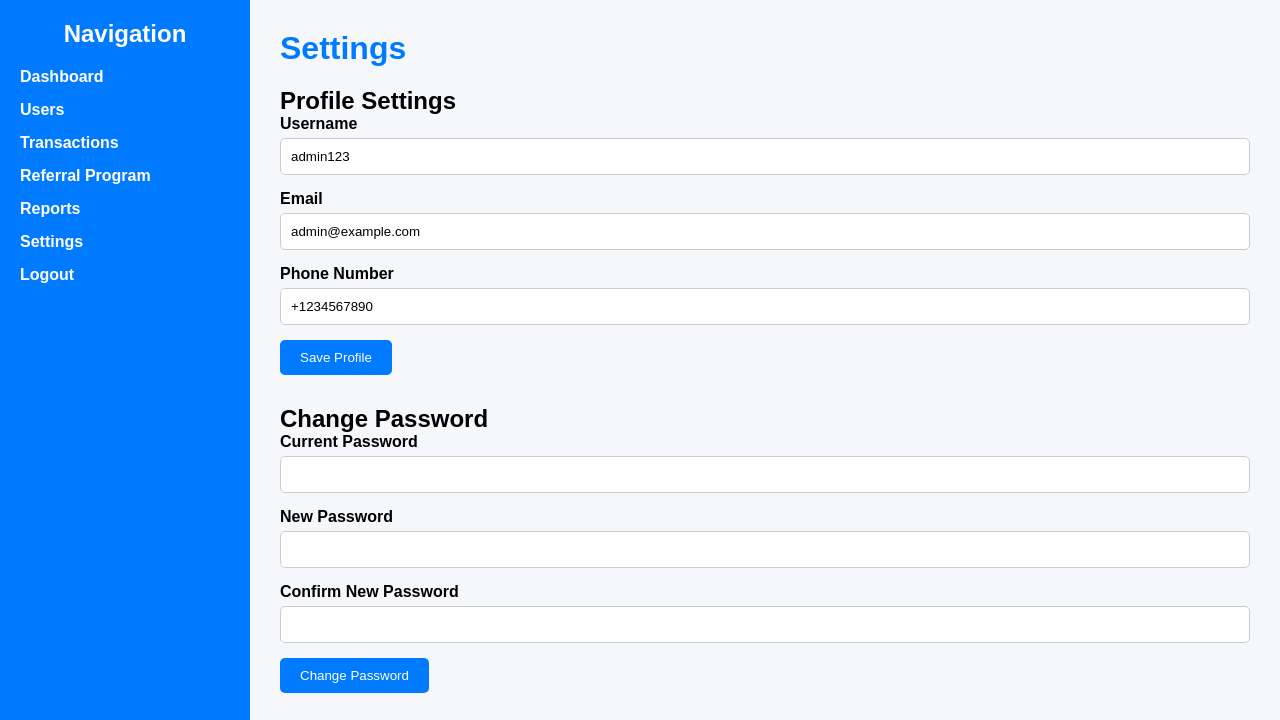
Repository: 2025silverx/slivedrX
Page: setting.html
An editor plug-in stored every save of this project. The page is shown before and after a run of saves, followed by the edit.
The browser window is 1280 px wide. The pictures show the whole page.
An inner scrolling area shows only its first screen.

Above is the page before, as saved 2025-01-05 00:41:57.

After the next 4 saves:
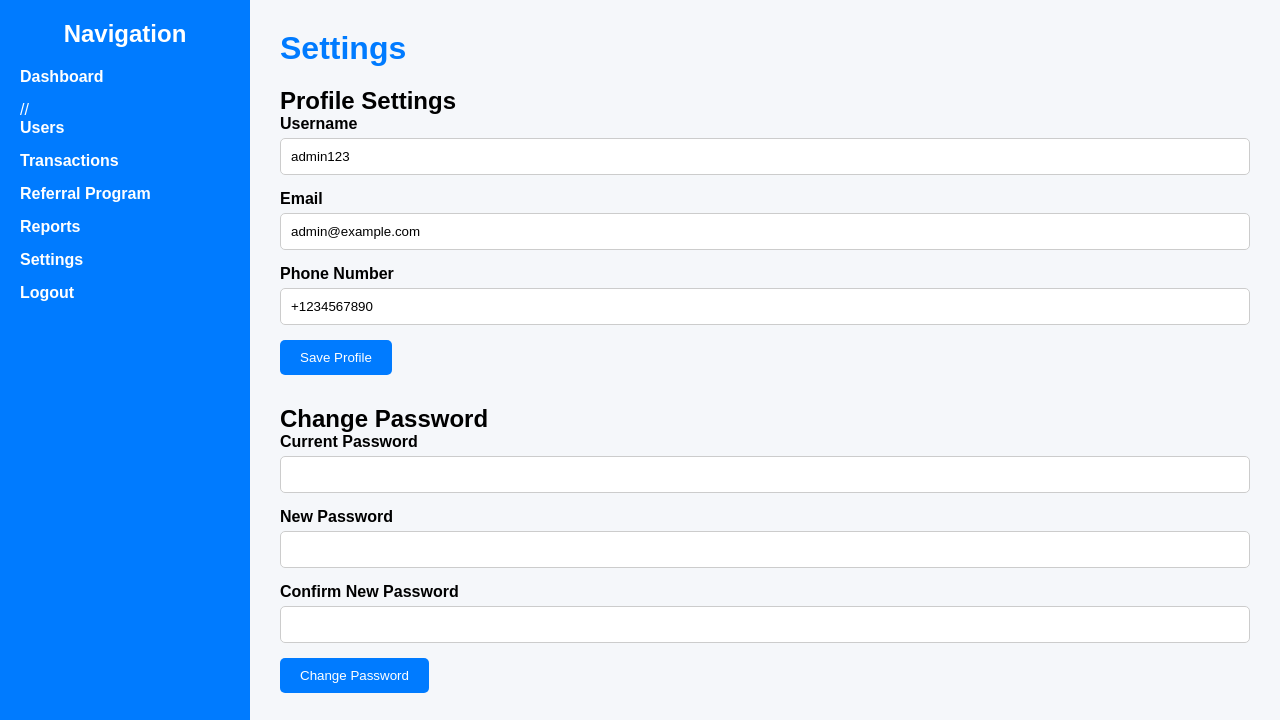
The 4 saves are shown as one change because they came seconds apart.
The last was saved 96 s later.
--- a/setting.html
+++ b/setting.html
@@ -12,8 +12,8 @@
         <div class="sidebar">
             <h2>Navigation</h2>
             <ul class="sidebar-links">
-                <li><a href="index5.html" class="sidebar-link" data-target="dashboard">Dashboard</a></li>
-                <li><a href="index.html" class="sidebar-link" data-target="users">Users</a></li>
+                <li><a href="index.html" class="sidebar-link" data-target="dashboard">Dashboard</a></li>
+               // <li><a href="index.html" class="sidebar-link" data-target="users">Users</a></li>
                 <li><a href="index2.html" class="sidebar-link" data-target="transactions">Transactions</a></li>
                 <li><a href="index4.html" class="sidebar-link" data-target="reports">Referral Program</a></li>
                 <li><a href="index5.html" class="sidebar-link" data-target="reports">Reports</a></li>
